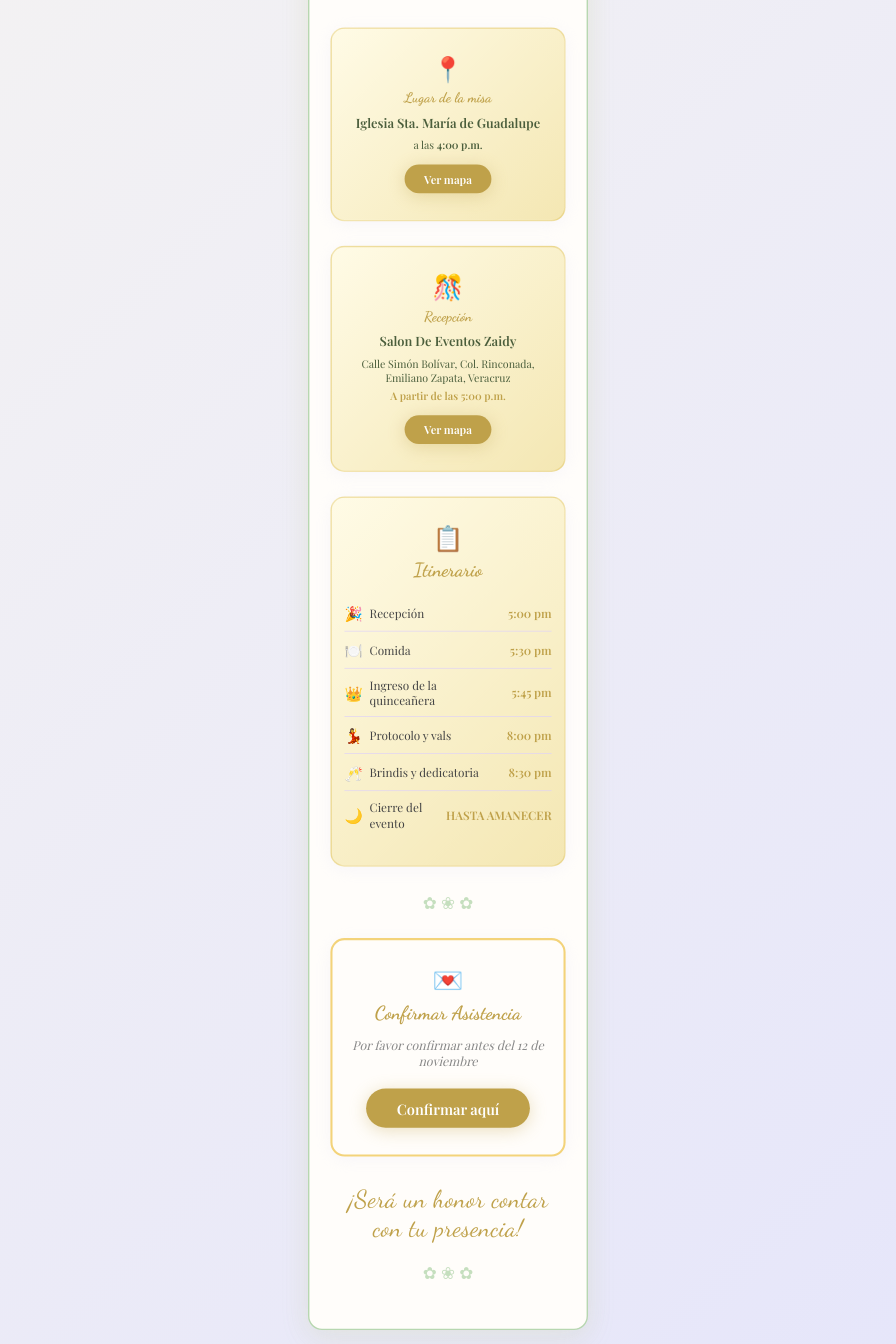
Repository: Jurgt2/InvitacionXvCamila
Page: index.html
The author's editor kept a copy of each file at every save. The page is drawn from the files as they stood at one save, then again after the next save.
The browser window is 1280 px wide. The pictures show the part of the page from y = 1293 to 3213 px (the page is 3213 px tall), at 70% of full size.
Some web fonts or font styles are not loaded; a fallback is used.

Above is the page before, as saved 2025-11-15 16:48:35.
Console error: TypeError: Cannot read properties of null (reading 'href')

After the next save:
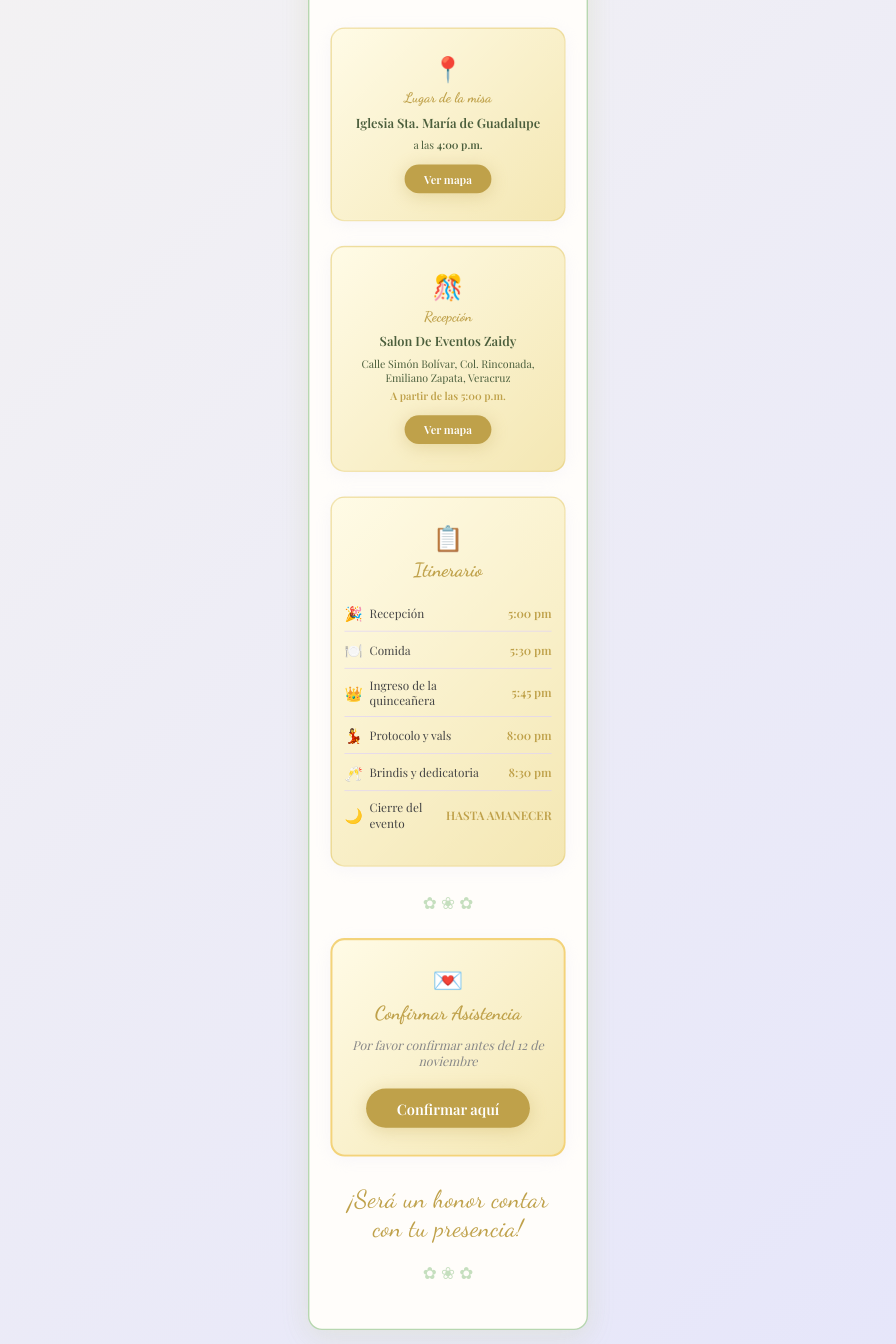
Saved 56 s later.
--- a/index.html
+++ b/index.html
@@ -155,10 +155,7 @@
         <div class="floral-divider">✿ ❀ ✿</div>
 
         <!-- 9. Sección CONFIRMAR ASISTENCIA -->
-        <div class="cuadro-rsvp" style="background: 💌
-Confirmar Asistencia
-Por favor confirmar antes del 12 de noviembre
-Confirmar aquí; border: 3px solid #f3d37a; border-radius: 20px; padding: 32px 18px 38px 18px; margin: 35px 0; text-align: center; box-shadow: 0 4px 24px #e6e6fa55;">
+        <div class="cuadro-rsvp" style="background: linear-gradient(135deg, #fffbe6 0%, #f4e7b3 100%); border: 3px solid #f3d37a; border-radius: 20px; padding: 32px 18px 38px 18px; margin: 35px 0; text-align: center; box-shadow: 0 4px 24px #e6e6fa55;">
             <div style="font-size:2.2rem; margin-bottom: 8px; color:#bfa14a;">💌</div>
             <div style="font-family: 'Dancing Script', cursive; font-size:1.7rem; color:#bfa14a; margin-bottom: 18px; font-weight: 700;">Confirmar Asistencia</div>
             <div style="font-family: 'Playfair Display', serif; font-size:1.1rem; color:#888; font-style:italic; margin-bottom: 28px;">Por favor confirmar antes del 12 de noviembre</div>
